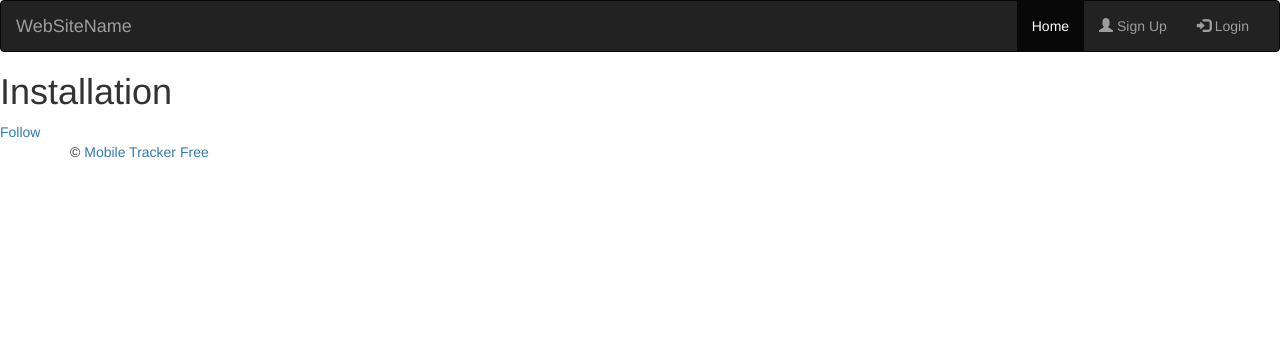
Repository: prathmeshgodbole/Web_Development
Page: Mobile_tracker/Installation.html
These files come from the project's save history. The page is drawn as it stood at one moment and after the next save; the edit follows.
The browser window is 1280 px wide. The pictures show the whole page.

Above is the page before, as saved 2020-03-08 17:27:25.

### Mobile_tracker/Installation.html
<!DOCTYPE html>
<html lang="en">

<head>
    <title>Bootstrap Example</title>
    <meta charset="utf-8">
    <meta name="viewport" content="width=device-width, initial-scale=1">
    <link rel="stylesheet" href="https://maxcdn.bootstrapcdn.com/bootstrap/3.4.1/css/bootstrap.min.css">
    <script src="https://ajax.googleapis.com/ajax/libs/jquery/3.4.1/jquery.min.js"></script>
    <script src="https://maxcdn.bootstrapcdn.com/bootstrap/3.4.1/js/bootstrap.min.js"></script>
</head>

<body>

    <nav class="navbar navbar-inverse">
        <div class="container-fluid">
            <div class="navbar-header">
                <button type="button" class="navbar-toggle" data-toggle="collapse" data-target="#myNavbar">
        <span class="icon-bar"></span>
        <span class="icon-bar"></span>
        <span class="icon-bar"></span>
      </button>
                <a class="navbar-brand" href="#">WebSiteName</a>
            </div>
            <div class="collapse navbar-collapse" id="myNavbar">

                <ul class="nav navbar-nav navbar-right">
                    <li class="active"><a href="#">Home</a></li>
                    <li><a href="#"><span class="glyphicon glyphicon-user"></span> Sign Up</a></li>
                    <li><a href="#"><span class="glyphicon glyphicon-log-in"></span> Login</a></li>
                </ul>
            </div>
        </div>
    </nav>




    <div class="section-header">
        <h1 class="section-title">

            Installation</h1>
        <div class="section-subscribe dropdown" aria-haspopup="true">
            <a class="dropdown-toggle" role="button" data-auth-action="signin" aria-selected="false" title="Opens a sign-in dialog" href="#">Follow</a>
            <span class="dropdown-menu" role="menu" aria-expanded="false">


    <p class="section-description"></p>


    <ul class="article-list">

        <li class="article-promoted">

            <span data-title="Promoted article">★</span>

            <a href="/hc/en-us/articles/360003057973-How-to-install-Mobile-Tracker-Free-">How to install Mobile Tracker Free?</a>
            </li>

            <li class="article-promoted">

                <span data-title="Promoted article">★</span>

                <a href="/hc/en-us/articles/360003915213-How-to-update-Mobile-Tracker-Free-">How to update Mobile Tracker Free ?</a>
            </li>

            <li>

                <a href="/hc/en-us/articles/360008174459-What-is-the-password-of-the-application-">What is the password of the application?</a>
            </li>

            <li>

                <a href="/hc/en-us/articles/360005346953-How-to-disable-Google-Play-Protect-">How to disable &quot;Google Play Protect&quot;?</a>
            </li>

            <li>

                <a href="/hc/en-us/articles/360005296374-How-to-open-the-application-">How to open the application?</a>
            </li>

            <li>

                <a href="/hc/en-us/articles/360003110633-How-to-uninstall-Mobile-Tracker-Free-">How to uninstall Mobile Tracker Free ?</a>
            </li>

            </ul>



        </div>
        </main>

    </div>
    <!--/.container-->
    <footer class="footer container">
        <div class="container-inner">
            <p class="copyright">&copy; <a href=https://mobile-tracker-free.com>Mobile Tracker Free</a></p>
        </div>
    </footer>



</body>

</html>

After the next save:
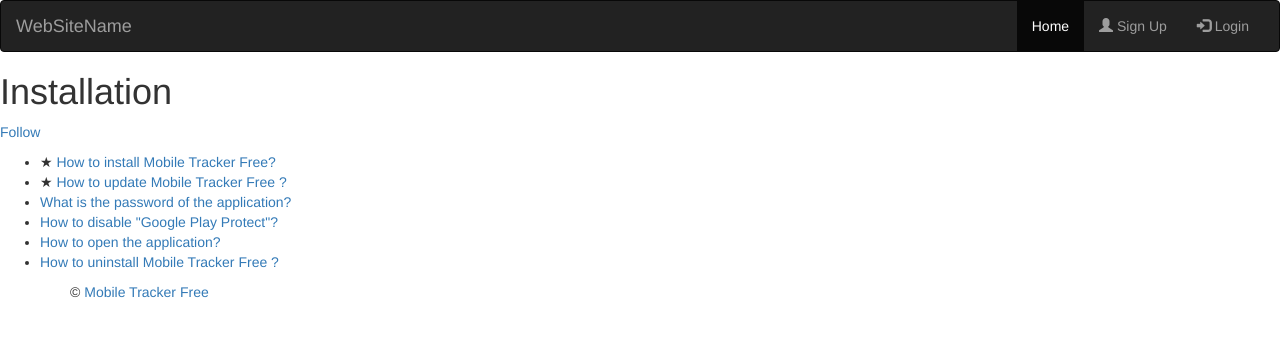
Saved 54 s later.
--- a/Mobile_tracker/Installation.html
+++ b/Mobile_tracker/Installation.html
@@ -43,18 +43,19 @@
         <div class="section-subscribe dropdown" aria-haspopup="true">
             <a class="dropdown-toggle" role="button" data-auth-action="signin" aria-selected="false" title="Opens a sign-in dialog" href="#">Follow</a>
             <span class="dropdown-menu" role="menu" aria-expanded="false">
+    </span>
+        </div>
+
+        <p class="section-description"></p>
 
 
-    <p class="section-description"></p>
+        <ul class="article-list">
 
+            <li class="article-promoted">
 
-    <ul class="article-list">
+                <span data-title="Promoted article">★</span>
 
-        <li class="article-promoted">
-
-            <span data-title="Promoted article">★</span>
-
-            <a href="/hc/en-us/articles/360003057973-How-to-install-Mobile-Tracker-Free-">How to install Mobile Tracker Free?</a>
+                <a href="/hc/en-us/articles/360003057973-How-to-install-Mobile-Tracker-Free-">How to install Mobile Tracker Free?</a>
             </li>
 
             <li class="article-promoted">
@@ -84,12 +85,12 @@
                 <a href="/hc/en-us/articles/360003110633-How-to-uninstall-Mobile-Tracker-Free-">How to uninstall Mobile Tracker Free ?</a>
             </li>
 
-            </ul>
+        </ul>
 
 
 
-        </div>
-        </main>
+    </div>
+    </main>
 
     </div>
     <!--/.container-->
